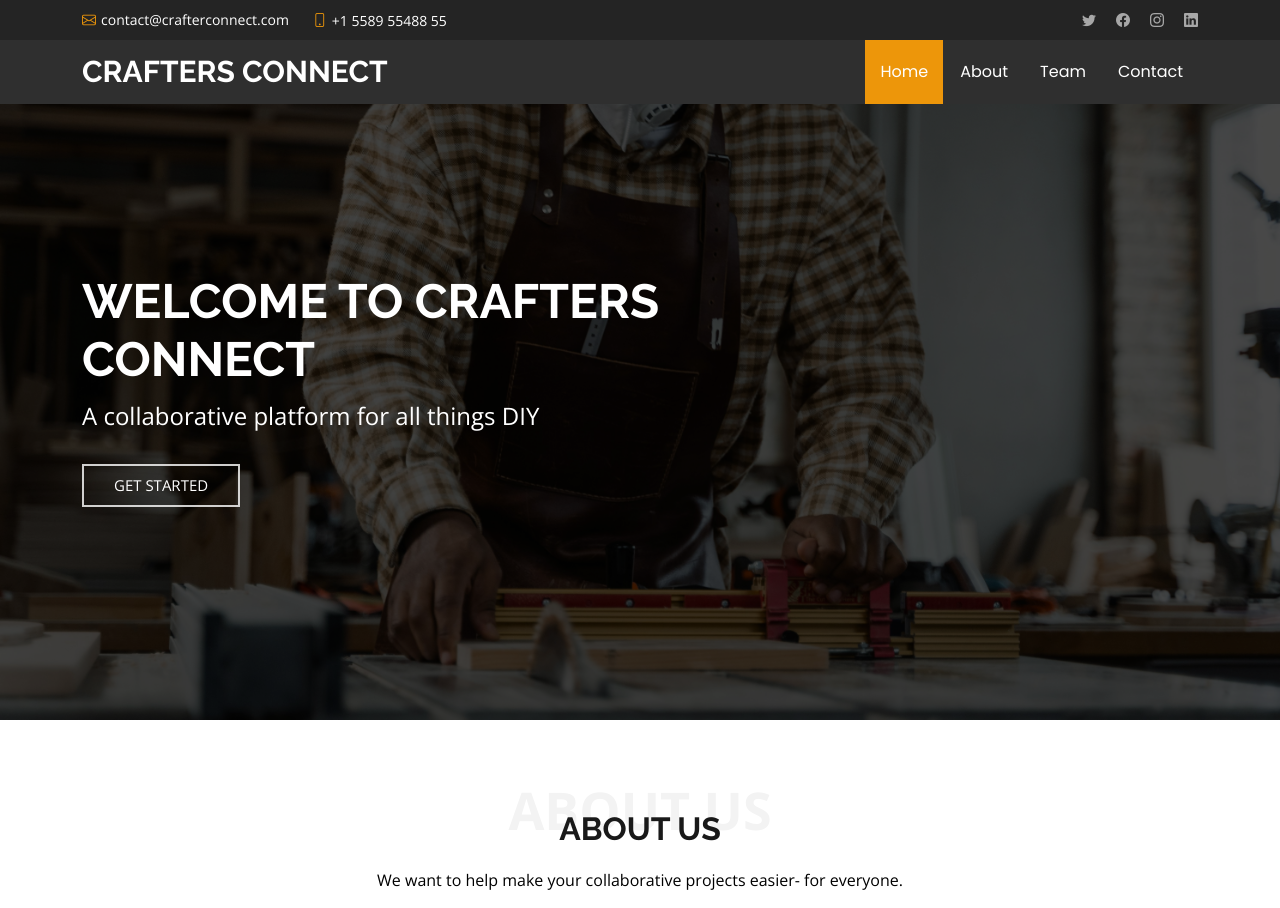
Repository: alemunden/Crafter-Connect-Marketing-Website
Page: index.html
These files come from the project's save history. The page is drawn as it stood at one moment and after the next save; the edit follows.
The browser window is 1280 px wide. The pictures show the part of the page from y = 0 to 908 px (the page is 5005 px tall before and 5185 px after).
A picture or video elsewhere on the page could not be fetched, so the positions and the page height are approximate.

Above is the page before, as saved 2024-05-15 16:00:19.

### index.html
<!DOCTYPE html>
<html lang="en">

<head>
  <meta charset="utf-8">
  <meta content="width=device-width, initial-scale=1.0" name="viewport">
  <title>Crafters Connect</title>
  <meta content="" name="description">
  <meta content="" name="keywords">

  <!-- Favicons -->
  <link href="assets/img/favicon.png" rel="icon">
  <link href="assets/img/apple-touch-icon.png" rel="apple-touch-icon">

  <!-- Fonts -->
  <link href="https://fonts.googleapis.com" rel="preconnect">
  <link href="https://fonts.gstatic.com" rel="preconnect" crossorigin>
  <link href="https://fonts.googleapis.com/css2?family=Open+Sans:ital,wght@0,300;0,400;0,500;0,600;0,700;0,800;1,300;1,400;1,500;1,600;1,700;1,800&family=Poppins:ital,wght@0,100;0,200;0,300;0,400;0,500;0,600;0,700;0,800;0,900;1,100;1,200;1,300;1,400;1,500;1,600;1,700;1,800;1,900&family=Raleway:ital,wght@0,100;0,200;0,300;0,400;0,500;0,600;0,700;0,800;0,900;1,100;1,200;1,300;1,400;1,500;1,600;1,700;1,800;1,900&display=swap" rel="stylesheet">

  <!-- Vendor CSS Files -->
  <link href="assets/vendor/bootstrap/css/bootstrap.min.css" rel="stylesheet">
  <link href="assets/vendor/bootstrap-icons/bootstrap-icons.css" rel="stylesheet">
  <link href="assets/vendor/aos/aos.css" rel="stylesheet">
  <link href="assets/vendor/swiper/swiper-bundle.min.css" rel="stylesheet">
  <link href="assets/vendor/glightbox/css/glightbox.min.css" rel="stylesheet">

  <!-- Main CSS File -->
  <link href="assets/css/main.css" rel="stylesheet">

  <!-- =======================================================
  * Template Name: Day
  * Template URL: https://bootstrapmade.com/day-multipurpose-html-template-for-free/
  * Updated: May 10 2024 with Bootstrap v5.3.3
  * Author: BootstrapMade.com
  * License: https://bootstrapmade.com/license/
  ======================================================== -->
</head>

<body class="index-page">

  <header id="header" class="header fixed-top">

    <div class="topbar d-flex align-items-center">
      <div class="container d-flex justify-content-center justify-content-md-between">
        <div class="contact-info d-flex align-items-center">
          <i class="bi bi-envelope d-flex align-items-center"><a href="mailto:contact@example.com">contact@crafterconnect.com</a></i>
          <i class="bi bi-phone d-flex align-items-center ms-4"><span>+1 5589 55488 55</span></i>
        </div>
        <div class="social-links d-none d-md-flex align-items-center">
          <a href="#" class="twitter"><i class="bi bi-twitter"></i></a>
          <a href="#" class="facebook"><i class="bi bi-facebook"></i></a>
          <a href="#" class="instagram"><i class="bi bi-instagram"></i></a>
          <a href="#" class="linkedin"><i class="bi bi-linkedin"></i></a>
        </div>
      </div>
    </div><!-- End Top Bar -->

    <div class="branding d-flex align-items-center">

      <div class="container position-relative d-flex align-items-center justify-content-between">
        <a href="index.html" class="logo d-flex align-items-center">
          <!-- Uncomment the line below if you also wish to use an image logo -->
          <!-- <img src="assets/img/logo.png" alt=""> -->
          <h1 class="sitename">Crafters Connect</h1>
        </a>

        <nav id="navmenu" class="navmenu">
          <ul>
            <li><a href="#hero" class="">Home</a></li>
            <li><a href="#about">About</a></li>
            <li><a href="#team">Team</a></li>
            <li><a href="#contact">Contact</a></li>
          </ul>
          <i class="mobile-nav-toggle d-xl-none bi bi-list"></i>
        </nav>
      </div>

    </div>

  </header>

  <main class="main">

    <!-- Hero Section -->
    <section id="hero" class="hero section">

      <img src="assets/img/hero-bg.jpg" alt="" data-aos="fade-in">

      <div class="container" data-aos="fade-up" data-aos-delay="100">
        <div class="row justify-content-start">
          <div class="col-lg-8">
            <h2 class="">Welcome to Crafters Connect</h2>
            <p>A collaborative platform for all things DIY</p>
            <a href="#about" class="btn-get-started">Get Started</a>
          </div>
        </div>
      </div>

    </section><!-- /Hero Section -->

    <!-- About Section -->
    <section id="about" class="about section">

      <!-- Section Title -->
      <div class="container section-title" data-aos="fade-up">
        <span class="">About Us<br></span>
        <h2 class="">About Us<br></h2>
        <p>We want to help make your collaborative projects easier- for everyone.</p>
      </div><!-- End Section Title -->

      <div class="container">

        <div class="row gy-4">

          <div class="col-lg-6 order-1 order-lg-2" data-aos="fade-up" data-aos-delay="100">
            <video src="assets/img/Final.mp4" class="img-fluid" alt="" muted autoplay loop>
          </div>

          <div class="col-lg-6 order-2 order-lg-1 content" data-aos="fade-up" data-aos-delay="200">
            <h3>An All-Purpose App</h3>
            <p class="fst-italic">
              Crafter Connect is an app designed by creators, for creators.
            </p>
            <ul>
              <li><i class="bi bi-check-circle"></i> <span>Real-time editing and sharing of files between collaborators</span></li>
              <li><i class="bi bi-check-circle"></i> <span>Project progress indicators</span></li>
              <li><i class="bi bi-check-circle"></i> <span>A community full of artists and creators ready to share their projects</span></li>
            </ul>
          </div>

        </div>

      </div>

    </section><!-- /About Section -->

    <!-- Cards Section -->
    <section id="cards" class="cards section">

      <div class="container">

        <div class="row no-gutters">

          <div class="col-lg-4 col-md-6 card" data-aos="fade-up" data-aos-delay="100">
            <span>01</span>
            <h4>Create Projects</h4>
            <p>Start a DIY project in our app using our innovative tools such as a built-in tutorial editor and a video section.</p>
          </div><!-- End Card Item -->

          <div class="col-lg-4 col-md-6 card" data-aos="fade-up" data-aos-delay="200">
            <span>02</span>
            <h4>Invite Collaborators</h4>
            <p>Invite other creators and collaborators to work together on something you love.</p>
          </div><!-- End Card Item -->

          <div class="col-lg-4 col-md-6 card" data-aos="fade-up" data-aos-delay="300">
            <span>03</span>
            <h4>Set Milestones</h4>
            <p>Create milestones to gauge your progress in a way that feels more rewarding than just a simple to-do list.</p>
          </div><!-- End Card Item -->

          <div class="col-lg-4 col-md-6 card" data-aos="fade-up" data-aos-delay="400">
            <span>04</span>
            <h4>Manage Your Files</h4>
            <p>Add, remove, and edit files related to your project all in real-time with your fellow collaborators in a shared space.</p>
          </div><!-- End Card Item -->

          <div class="col-lg-4 col-md-6 card" data-aos="fade-up" data-aos-delay="400">
            <span>05</span>
            <h4>Share Your Creations</h4>
            <p>Share your projects with the world, whether it's on our creator community or on other platforms.</p>
          </div><!-- End Card Item -->

          <div class="col-lg-4 col-md-6 card" data-aos="fade-up" data-aos-delay="600">
            <span>06</span>
            <h4>Visit the Community</h4>
            <p>Discover a dedicated community of other creators and their DIY projects in our community posts.</p>
          </div><!-- End Card Item -->

        </div>

      </div>

    </section><!-- /Cards Section -->

    <!-- Call To Action Section -->
    <section id="call-to-action" class="call-to-action section">

      <div class="container">
        <div class="row justify-content-center" data-aos="zoom-in" data-aos-delay="100">
          <div class="col-xl-10">
            <div class="text-center">
              <h3>About our App</h3>
              <p>Crafters Connect is a collaborative platform for any and all Do-It-Yourself projects from home improvement to everyday crafting. Create a central place to share anything and everything about your project, and invite other collaborators to help work with you, share their project, and update important milestones. Once you've completed something, why not share it with the world? Crafters Connect features a community of creators and crafters just like you who are eager to put their creations out there using our dedicated community forum and posts. Whether you are a real hard worker, a casual crafter, or even just someone who likes to help out others, Crafters Connect has a place for you.</p>
            </div>
            <div class="text-center">
              <h3>Links</h3>
              <p>Try out Crafters Connect <a href="https://www.figma.com/proto/7NULAtnjrj1iwbcx0juovm/Crafter-Connect-IDSP?node-id=1-3088&t=H73n4CwWE8gxTK0F-1&scaling=scale-down&page-id=0%3A1&starting-point-node-id=1%3A3088" class="prototype-link">here!</a></p>
            </div>
          </div>
        </div>
      </div>

    </section><!-- /Call To Action Section -->

    <!-- Team Section -->
    <section id="team" class="team section">

      <!-- Section Title -->
      <div class="container section-title" data-aos="fade-up">
        <span class="">Team</span>
        <h2>Team</h2>
        <p>The people behind our app!</p>
      </div><!-- End Section Title -->

      <div class="container">

        <div class="row">

          <div class="col-lg-4 col-md-6 d-flex" data-aos="fade-up" data-aos-delay="100">
            <div class="member">
              <img src="assets/img/team/KateHeadshot.jpg" class="img-fluid" alt="">
              <div class="member-content">
                <h4>Katelyn Starchuk</h4>
                <span>UX/UI/User Research</span>
                <div class="social">
                  <a href=""><i class="bi bi-twitter"></i></a>
                  <a href=""><i class="bi bi-facebook"></i></a>
                  <a href=""><i class="bi bi-instagram"></i></a>
                  <a href=""><i class="bi bi-linkedin"></i></a>
                </div>
              </div>
            </div>
          </div><!-- End Team Member -->

          <div class="col-lg-4 col-md-6 d-flex" data-aos="fade-up" data-aos-delay="200">
            <div class="member">
              <img src="assets/img/team/sandyphoto.jpg" class="img-fluid" alt="">
              <div class="member-content">
                <h4>Sandy Ly</h4>
                <span>Developer</span>
                <div class="social">
                  <a href=""><i class="bi bi-twitter"></i></a>
                  <a href=""><i class="bi bi-facebook"></i></a>
                  <a href=""><i class="bi bi-instagram"></i></a>
                  <a href=""><i class="bi bi-linkedin"></i></a>
                </div>
              </div>
            </div>
          </div><!-- End Team Member -->

          <div class="col-lg-4 col-md-6 d-flex" data-aos="fade-up" data-aos-delay="300">
            <div class="member">
              <img src="assets/img/team/team-3.jpg" class="img-fluid" alt="">
              <div class="member-content">
                <h4>Alejandra Munden</h4>
                <span>Graphics/Creative Designer</span>
                <div class="social">
                  <a href=""><i class="bi bi-twitter"></i></a>
                  <a href=""><i class="bi bi-facebook"></i></a>
                  <a href=""><i class="bi bi-instagram"></i></a>
                  <a href=""><i class="bi bi-linkedin"></i></a>
                </div>
              </div>
            </div>
          </div><!-- End Team Member -->

          <div class="col-lg-4 col-md-6 d-flex" data-aos="fade-up" data-aos-delay="300">
            <div class="member">
              <img src="assets/img/team/team-3.jpg" class="img-fluid" alt="">
              <div class="member-content">
                <h4>Yeongtaek Lee</h4>
                <span>Business/Developer</span>
                <div class="social">
                  <a href=""><i class="bi bi-twitter"></i></a>
                  <a href=""><i class="bi bi-facebook"></i></a>
                  <a href=""><i class="bi bi-instagram"></i></a>
                  <a href=""><i class="bi bi-linkedin"></i></a>
                </div>
              </div>
            </div>
          </div><!-- End Team Member -->

        </div>

      </div>

    </section><!-- /Team Section -->

    <!-- Contact Section -->
    <section id="contact" class="contact section">

      <!-- Section Title -->
      <div class="container section-title" data-aos="fade-up">
        <span class="">Contact</span>
        <h2 class="">Contact</h2>
        <p>This App is a part of the MDIA-2003 curriculum at the British Columbia Institute of Technology.</p>
      </div><!-- End Section Title -->

      <div class="container" data-aos="fade-up" data-aos-delay="100">

        <div class="row gy-4">

          <div class="col-lg-6">
            <div class="info-item d-flex flex-column justify-content-center align-items-center" data-aos="fade-up" data-aos-delay="200">
              <i class="bi bi-geo-alt"></i>
              <h3>Address</h3>
              <p>3700 Willingdon Ave, Burnaby, BC V5G 3H2</p>
            </div>
          </div><!-- End Info Item -->

          <div class="col-lg-3 col-md-6">
            <div class="info-item d-flex flex-column justify-content-center align-items-center" data-aos="fade-up" data-aos-delay="300">
              <i class="bi bi-telephone"></i>
              <h3>Call Us</h3>
              <p>+1 5589 55488 55</p>
            </div>
          </div><!-- End Info Item -->

          <div class="col-lg-3 col-md-6">
            <div class="info-item d-flex flex-column justify-content-center align-items-center" data-aos="fade-up" data-aos-delay="400">
              <i class="bi bi-envelope"></i>
              <h3>Email Us</h3>
              <p>amunden@my.bcit.ca</p>
            </div>
          </div><!-- End Info Item -->

        </div>

        <div class="row gy-4 mt-1">
          <div class="col-lg-6" data-aos="fade-up" data-aos-delay="300">
            <iframe src="https://www.google.com/maps/embed?pb=!1m18!1m12!1m3!1d2604.4469241282613!2d-123.00446662367045!3d49.24897437138775!2m3!1f0!2f0!3f0!3m2!1i1024!2i768!4f13.1!3m3!1m2!1s0x54867721fd53fee5%3A0x355ab207647a109d!2sBritish%20Columbia%20Institute%20of%20Technology!5e0!3m2!1sen!2sca!4v1715813914695!5m2!1sen!2sca" width="600" height="450" style="border:0;" allowfullscreen="" loading="lazy" referrerpolicy="no-referrer-when-downgrade"></iframe>
          </div><!-- End Google Maps -->

          <div class="col-lg-6">
            <form action="forms/contact.php" method="post" class="php-email-form" data-aos="fade-up" data-aos-delay="400">
              <div class="row gy-4">

                <div class="col-md-6">
                  <input type="text" name="name" class="form-control" placeholder="Your Name" required="">
                </div>

                <div class="col-md-6 ">
                  <input type="email" class="form-control" name="email" placeholder="Your Email" required="">
                </div>

                <div class="col-md-12">
                  <input type="text" class="form-control" name="subject" placeholder="Subject" required="">
                </div>

                <div class="col-md-12">
                  <textarea class="form-control" name="message" rows="6" placeholder="Message" required=""></textarea>
                </div>

                <div class="col-md-12 text-center">
                  <div class="loading">Loading</div>
                  <div class="error-message"></div>
                  <div class="sent-message">Your message has been sent. Thank you!</div>

                  <button type="submit">Send Message</button>
                </div>

              </div>
            </form>
          </div><!-- End Contact Form -->

        </div>

      </div>

    </section><!-- /Contact Section -->

  </main>

  <footer id="footer" class="footer position-relative">

    <div class="container footer-top">
      <div class="row gy-4">
        <div class="col-lg-4 col-md-6">
          <div class="footer-about">
            <a href="index.html" class="logo sitename">Crafters Connect</a>
            <div class="footer-contact pt-3">
              <p>3700 Willingdon Ave</p>
              <p>Burnaby, BC V5G 3H2</p>
              <p>05/14/2024</p>
              <p class="mt-3"><strong>Phone:</strong> <span>+1 5589 55488 55</span></p>
              <p><strong>Email:</strong> <span>amunden@my.bcit.ca</span></p>
            </div>
            <div class="social-links d-flex mt-4">
              <a href=""><i class="bi bi-twitter"></i></a>
              <a href=""><i class="bi bi-facebook"></i></a>
              <a href=""><i class="bi bi-instagram"></i></a>
              <a href=""><i class="bi bi-linkedin"></i></a>
            </div>
          </div>
        </div>

        <div class="col-lg-2 col-md-3 footer-links">
          <h4>Useful Links</h4>
          <ul>
            <li><a href="#">Home</a></li>
            <li><a href="#">About us</a></li>
            <li><a href="#">Services</a></li>
            <li><a href="#">Terms of service</a></li>
            <li><a href="#">Privacy policy</a></li>
          </ul>
        </div>

        <div class="col-lg-4 col-md-12 footer-newsletter">
          <h4>Our Newsletter</h4>
          <p>Subscribe to our newsletter and receive the latest news about our products and services!</p>
          <form action="forms/newsletter.php" method="post" class="php-email-form">
            <div class="newsletter-form"><input type="email" name="email"><input type="submit" value="Subscribe"></div>
            <div class="loading">Loading</div>
            <div class="error-message"></div>
            <div class="sent-message">Your subscription request has been sent. Thank you!</div>
          </form>
        </div>

      </div>
    </div>

    <div class="container copyright text-center mt-4">
      <p>© <span>Copyright</span> <strong class="px-1 sitename">Day</strong> <span>All Rights Reserved</span></p>
      <div class="credits">
        <!-- All the links in the footer should remain intact. -->
        <!-- You can delete the links only if you've purchased the pro version. -->
        <!-- Licensing information: https://bootstrapmade.com/license/ -->
        <!-- Purchase the pro version with working PHP/AJAX contact form: [buy-url] -->
        Designed by <a href="https://bootstrapmade.com/">BootstrapMade</a>
      </div>
    </div>

  </footer>

  <!-- Scroll Top -->
  <a href="#" id="scroll-top" class="scroll-top d-flex align-items-center justify-content-center"><i class="bi bi-arrow-up-short"></i></a>

  <!-- Preloader -->
  <div id="preloader"></div>

  <!-- Vendor JS Files -->
  <script src="assets/vendor/bootstrap/js/bootstrap.bundle.min.js"></script>
  <script src="assets/vendor/php-email-form/validate.js"></script>
  <script src="assets/vendor/aos/aos.js"></script>
  <script src="assets/vendor/swiper/swiper-bundle.min.js"></script>
  <script src="assets/vendor/glightbox/js/glightbox.min.js"></script>
  <script src="assets/vendor/imagesloaded/imagesloaded.pkgd.min.js"></script>
  <script src="assets/vendor/isotope-layout/isotope.pkgd.min.js"></script>

  <!-- Main JS File -->
  <script src="assets/js/main.js"></script>

</body>

</html>

Loaded but not shown: assets/vendor/bootstrap/css/bootstrap.min.css (library); assets/vendor/bootstrap-icons/bootstrap-icons.css (library); assets/vendor/aos/aos.css (library); assets/vendor/swiper/swiper-bundle.min.css (library); assets/vendor/glightbox/css/glightbox.min.css (library); assets/vendor/bootstrap/js/bootstrap.bundle.min.js (library); assets/vendor/php-email-form/validate.js (common file); assets/vendor/aos/aos.js (library); assets/vendor/swiper/swiper-bundle.min.js (library); assets/vendor/glightbox/js/glightbox.min.js (library); assets/vendor/imagesloaded/imagesloaded.pkgd.min.js (library); assets/vendor/isotope-layout/isotope.pkgd.min.js (library); assets/js/main.js (198 lines, source omitted); assets/css/main.css (1703 lines, source omitted)

After the next save:
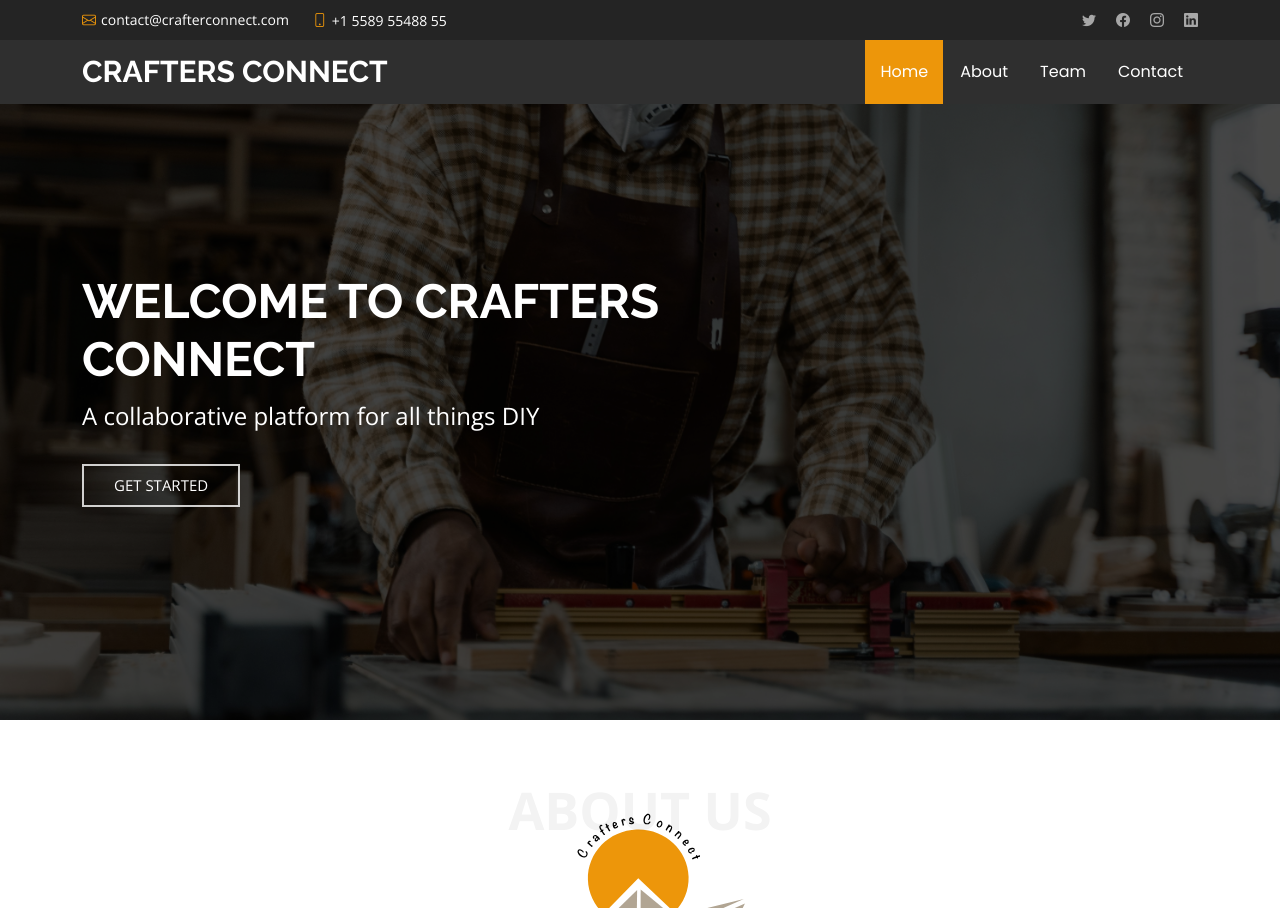
Saved 3 min 19 s later.
--- a/index.html
+++ b/index.html
@@ -103,6 +103,7 @@
 
       <!-- Section Title -->
       <div class="container section-title" data-aos="fade-up">
+        <img src="/assets/img/logo.svg" width="305" height="180">
         <span class="">About Us<br></span>
         <h2 class="">About Us<br></h2>
         <p>We want to help make your collaborative projects easier- for everyone.</p>
